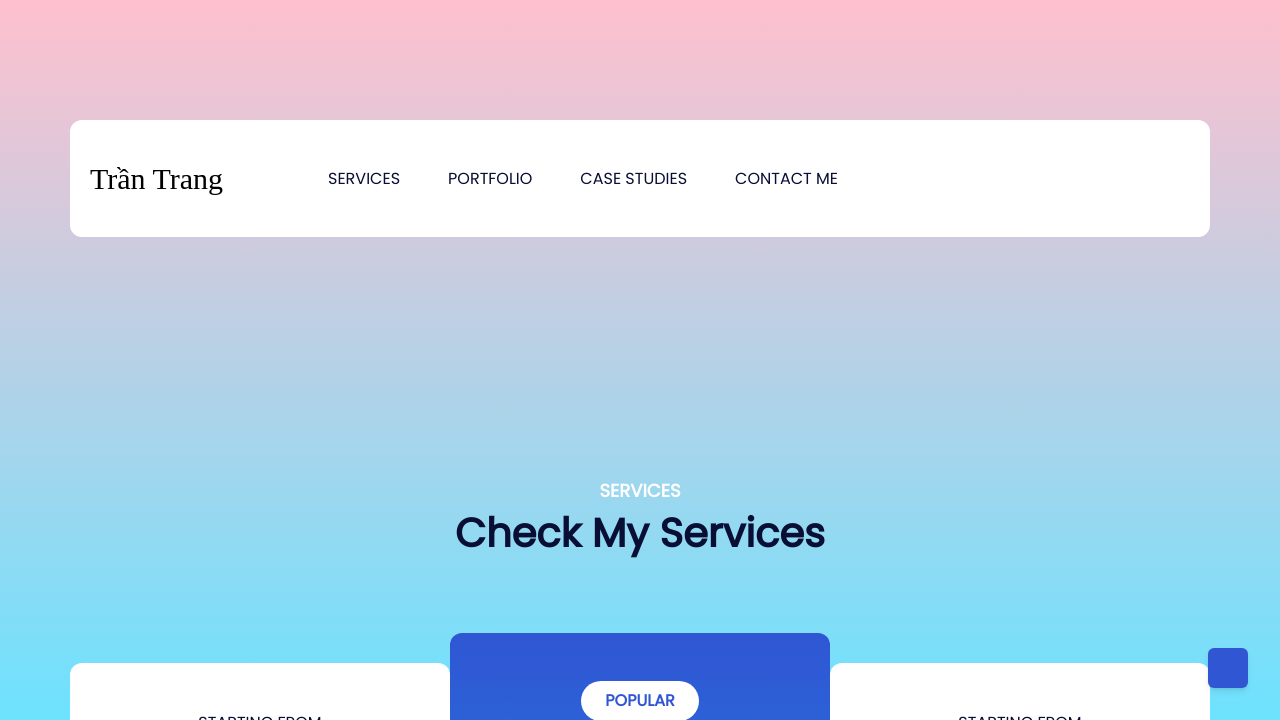
Repository: trantrang2101/CV
Page: index.html
These files come from the project's save history. The page is drawn as it stood at one moment and after the next save; the edit follows.
The browser window is 1280 px wide. The pictures show the whole page.
An inner scrolling area shows only its first screen. Some web fonts or font styles are not loaded; a fallback is used.

Above is the page before, as saved 2022-07-13 19:16:57.
Console error: TypeError: Cannot read properties of null (reading 'offsetTop')

After the next save:
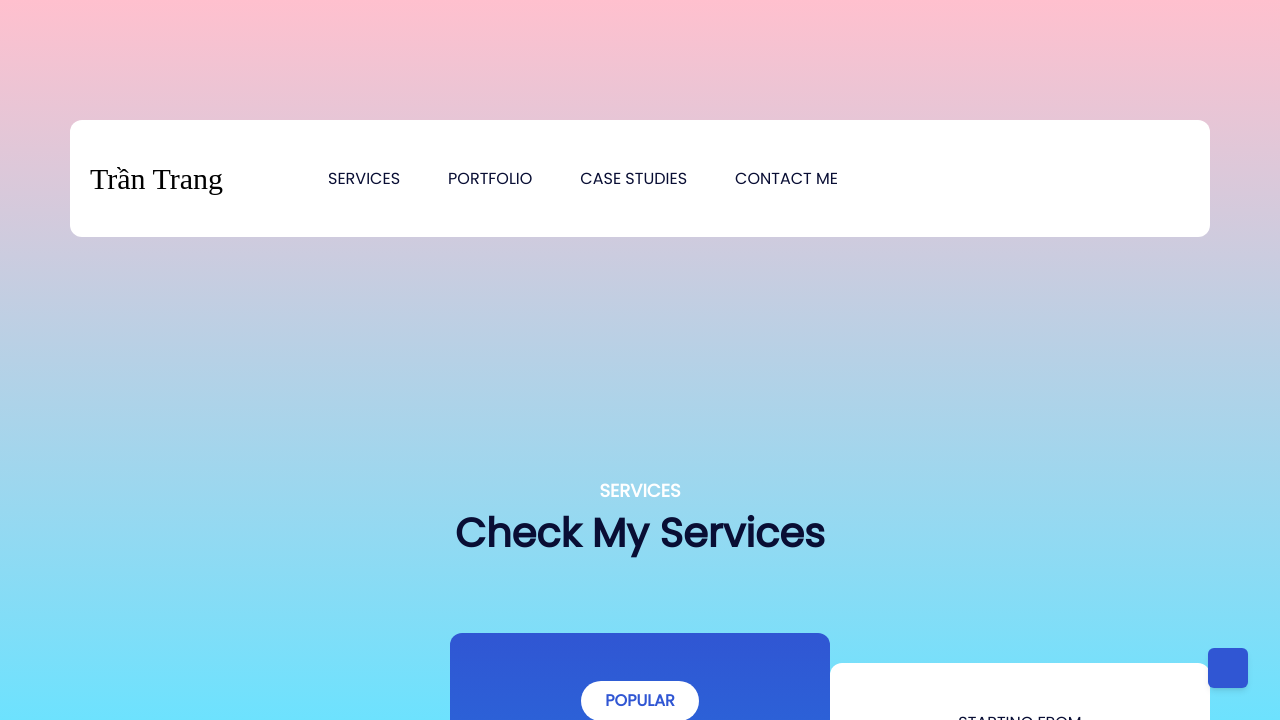
Saved 74 s later.
--- a/index.html
+++ b/index.html
@@ -92,39 +92,7 @@
                 <div class="w-full md:w-1/2 lg:w-1/3">
                     <div class="bg-white rounded-xl relative z-10 overflow-hidden border border-primary border-opacity-20 shadow-pricing py-10 px-8 sm:p-12 lg:py-10 lg:px-6 xl:p-12 mb-10 text-center wow fadeInUp"
                         data-wow-delay=".15s" style="visibility: visible; animation-delay: 0.15s">
-                        <span class="text-dark font-medium text-base uppercase block mb-2">
-                            STARTING FROM
-                        </span>
-                        <h2 class="font-semibold text-primary mb-9 text-[28px]">
-                            $ 19.99/mo
-                        </h2>
-
-                        <div class="mb-10">
-                            <p class="text-base font-medium text-body-color leading-loose mb-1">
-                                1 User
-                            </p>
-                            <p class="text-base font-medium text-body-color leading-loose mb-1">
-                                All UI components
-                            </p>
-                            <p class="text-base font-medium text-body-color leading-loose mb-1">
-                                Lifetime access
-                            </p>
-                            <p class="text-base font-medium text-body-color leading-loose mb-1">
-                                Free updates
-                            </p>
-                            <p class="text-base font-medium text-body-color leading-loose mb-1">
-                                Use on 1 (one) project
-                            </p>
-                            <p class="text-base font-medium text-body-color leading-loose mb-1">
-                                3 Months support
-                            </p>
-                        </div>
-                        <div class="w-full">
-                            <a href="javascript:void(0)"
-                                class="inline-block text-base font-medium text-primary bg-transparent border border-[#D4DEFF] rounded-full text-center py-4 px-11 hover:text-white hover:bg-primary hover:border-primary transition duration-300 ease-in-out">
-                                Purchase Now
-                            </a>
-                        </div>
+
                     </div>
                 </div>
                 <div class="w-full md:w-1/2 lg:w-1/3">
